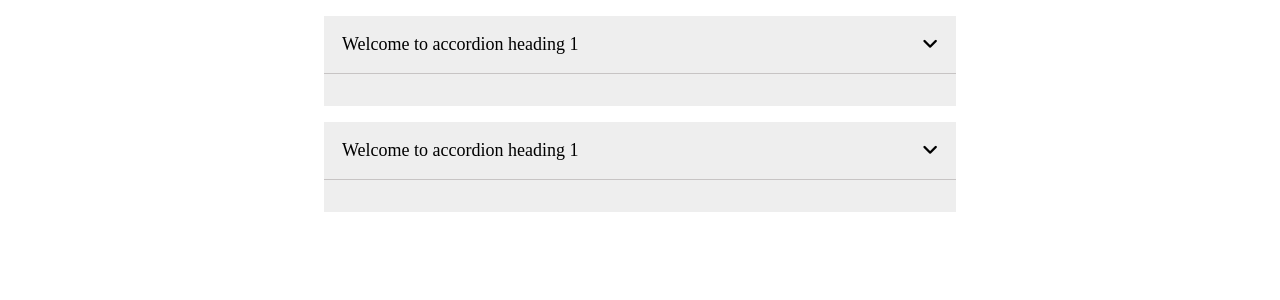
Repository: tungts3qb/Javascript
Page: accordion.html
These files come from the project's save history. The page is drawn as it stood at one moment and after the next save; the edit follows.
The browser window is 1280 px wide. The pictures show the whole page.

Above is the page before, as saved 2022-12-26 01:00:14.

### accordion.html
<!DOCTYPE html>
<html lang="en">
  <head>
    <meta charset="UTF-8" />
    <meta http-equiv="X-UA-Compatible" content="IE=edge" />
    <meta name="viewport" content="width=device-width, initial-scale=1.0" />
    <link
      rel="stylesheet"
      href="https://cdnjs.cloudflare.com/ajax/libs/font-awesome/6.2.1/css/all.min.css"
      integrity="sha512-MV7K8+y+gLIBoVD59lQIYicR65iaqukzvf/nwasF0nqhPay5w/9lJmVM2hMDcnK1OnMGCdVK+iQrJ7lzPJQd1w=="
      crossorigin="anonymous"
      referrerpolicy="no-referrer"
    />
    <link rel="stylesheet" href="style.css" />
    <title>Accordiion</title>
  </head>
  <body>
    <div class="accordion">
      <div class="accordion-header">
        <span>Welcome to accordion heading 1</span>
        <i class="fa fa-angle-down"></i>
      </div>
      <div class="accordion-content">
        <div class="accordion-content-inner">
          Lorem ipsum dolor sit amet consectetur, adipisicing elit. Laboriosam
          id rerum voluptas ducimus voluptates, odit similique consequuntur
          perspiciatis maxime, dignissimos esse eos rem molestiae cumque.
          Voluptas optio deserunt quo repellat. Lorem ipsum dolor sit amet
          consectetur, adipisicing elit. Voluptatum, officiis repudiandae,
          maxime illo nisi dignissimos, earum natus sint non sapiente molestias
          tenetur? Explicabo ullam nam beatae animi doloribus molestiae
          laudantium?Lorem ipsum dolor sit amet consectetur adipisicing elit.
          Nobis alias esse quas quae omnis. Et sint distinctio inventore,
          mollitia dolorum iste similique? Commodi culpa ea quis dolorem sint
          veritatis. Recusandae!
        </div>
      </div>
    </div>

    <div class="accordion">
      <div class="accordion-header">
        <span>Welcome to accordion heading 1</span>
        <i class="fa fa-angle-down"></i>
      </div>
      <div class="accordion-content">
        <div class="accordion-content-inner">
          Lorem ipsum dolor sit amet consectetur, adipisicing elit. Laboriosam
          id rerum voluptas ducimus voluptates, odit similique consequuntur
          perspiciatis maxime, dignissimos esse eos rem molestiae cumque.
          Voluptas optio deserunt quo repellat.
        </div>
      </div>
    </div>
    <script src="./accordion.js"></script>
  </body>
</html>

### style.css
.button {
  padding: 20px;
  color: white;
  background-color: #ffa400;
  border: 0;
  margin: 50px auto;
  display: block;
  width: 300px;
  font-family: "Poppins", sans-serif;
}

.change {
  display: block;
  padding: 15px 40px;
  border-radius: 10px;
  border: 0;
  color: white;
  font-family: "Poppins", sans-serif;
  margin: 50px auto;
  background-color: #3d6ef7;
}

.menu {
  width: 300px;
  position: fixed;
  top: 0;
  right: 0;
  bottom: 0;
  box-shadow: rgba(100, 100, 111, 0.2) 0px 7px 29px 0px;
  list-style: none;
  transform: translateX(100%);
  transition: transform 0.25s linear;
  margin-top: 0;
  margin-bottom: 0;
}

.menu.is-show {
  transform: translateX(0%);
}

.menu-link {
  display: block;
  padding: 20px 15px;
  color: #333;
  border-bottom: 1px solid #eee;
}

.header {
  padding: 20px;
  display: flex;
  align-items: center;
  justify-content: flex-end;
}

.menu-toggle {
  cursor: pointer;
  font-size: 30px;
  position: relative;
  z-index: 9999;
}

.menu-item a {
  text-decoration: none;
}

/* ============ Tab.html ============= */

.tab {
  padding: 2.5rem;
  border-radius: 1rem;
  background-color: white;
  display: inline-block;
  position: relative;
  left: 50%;
  transform: translateX(-50%);
  margin: 50px auto;
  box-shadow: rgba(100, 100, 111, 0.2) 0px 7px 29px 0px;
  width: 500px;
}

.tab-list {
  display: flex;
  justify-content: space-between;
  margin-bottom: 2.5rem;
}

.tab-item {
  cursor: pointer;
  padding: 1rem 2rem;
  border-radius: 5rem;
  color: #818e9b;
  background-color: #f4f5f7;
  text-align: center;
  white-space: nowrap;
  font-weight: 500;
  margin: 0 auto;
  flex: 1;
}

.tab-item.active {
  color: white;
  background-color: #2979ff;
  pointer-events: none;
}

.tab-item:not(:first-child) {
  margin-left: 1.5rem;
}

.tab-content {
  display: none;
}

.tab-content.active {
  display: block;
}

.post {
  display: flex;
  align-items: center;
}

.post:not(:first-child) {
  margin-bottom: 2rem;
}

.post-title {
  color: #4e4f51;
  font-weight: 300;
  line-height: 1.8;
  font-size: 14px;
}

.accordion {
  width: 50%;
  margin: 1rem auto;
  background-color: #eee;
}

.accordion-header {
  cursor: pointer;
  padding: 18px;
  font-size: 18px;
  display: flex;
  justify-content: space-between;
  border-bottom: 1px solid rgb(199, 196, 196);
}

.accordion-content {
  margin: 1rem;
  padding-bottom: 1rem;
}

.accordion-content-inner {
  display: none;
}

Loaded but not shown: accordion.js (no copy from this time; the picture is the same without it)

After the next save:
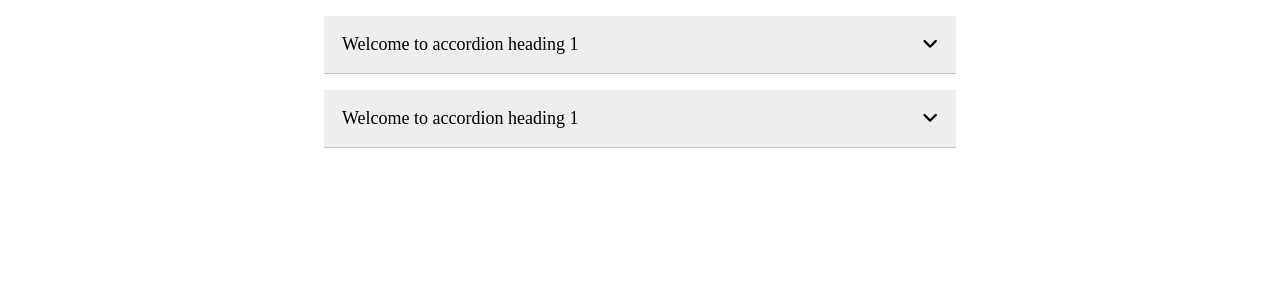
Saved 12 s later.
--- a/style.css
+++ b/style.css
@@ -151,6 +151,6 @@
   padding-bottom: 1rem;
 }
 
-.accordion-content-inner {
+.accordion-content {
   display: none;
 }
